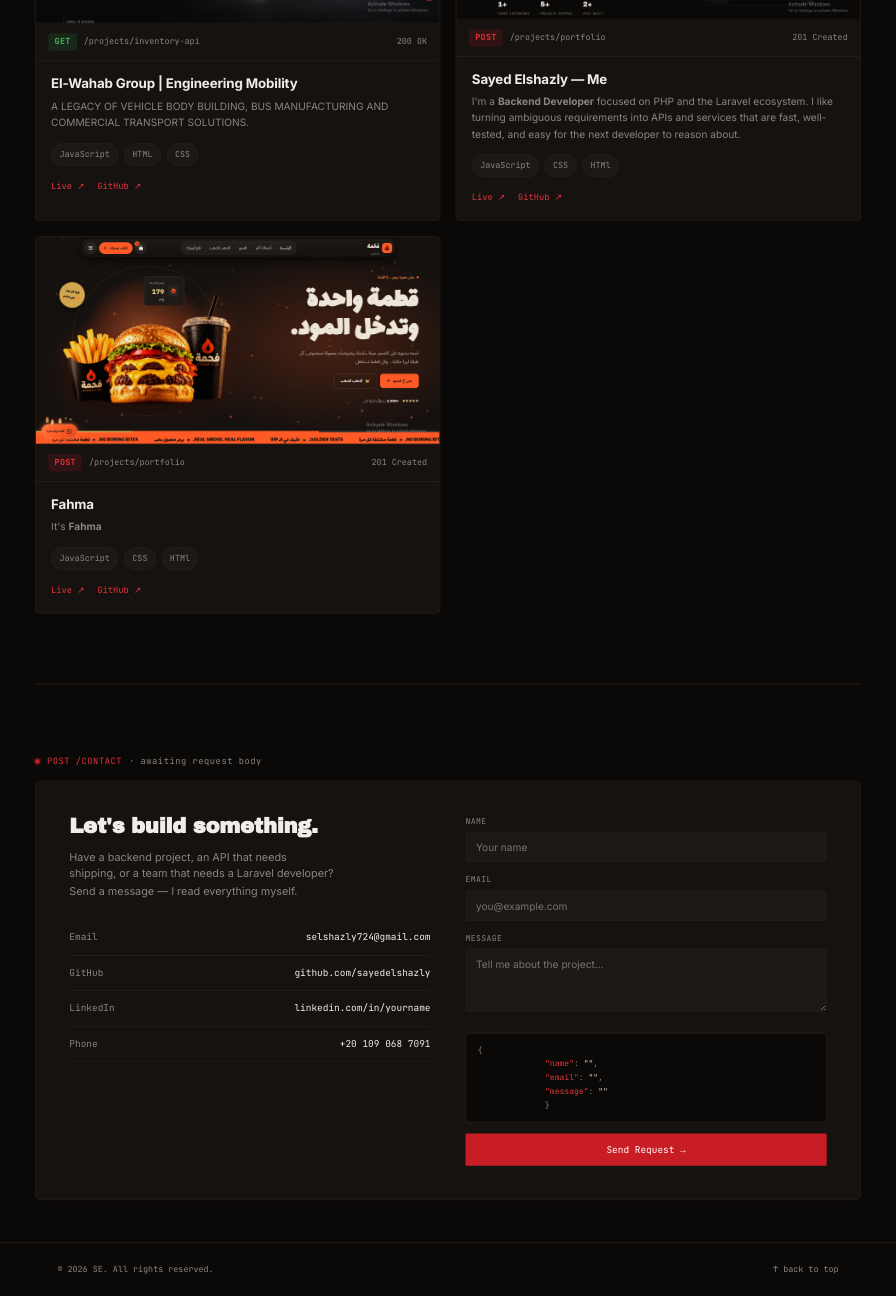
Repository: sayedelshazly/Portfolio.SE
Page: index.html
These files come from the project's save history. The page is drawn as it stood at one moment and after the next save; the edit follows.
The browser window is 1280 px wide. The pictures show the part of the page from y = 3598 to 5518 px (the page is 5449 px tall before and 5518 px after), at 70% of full size.

Above is the page before, as saved 2026-10-28 05:41:32.

After the next save:
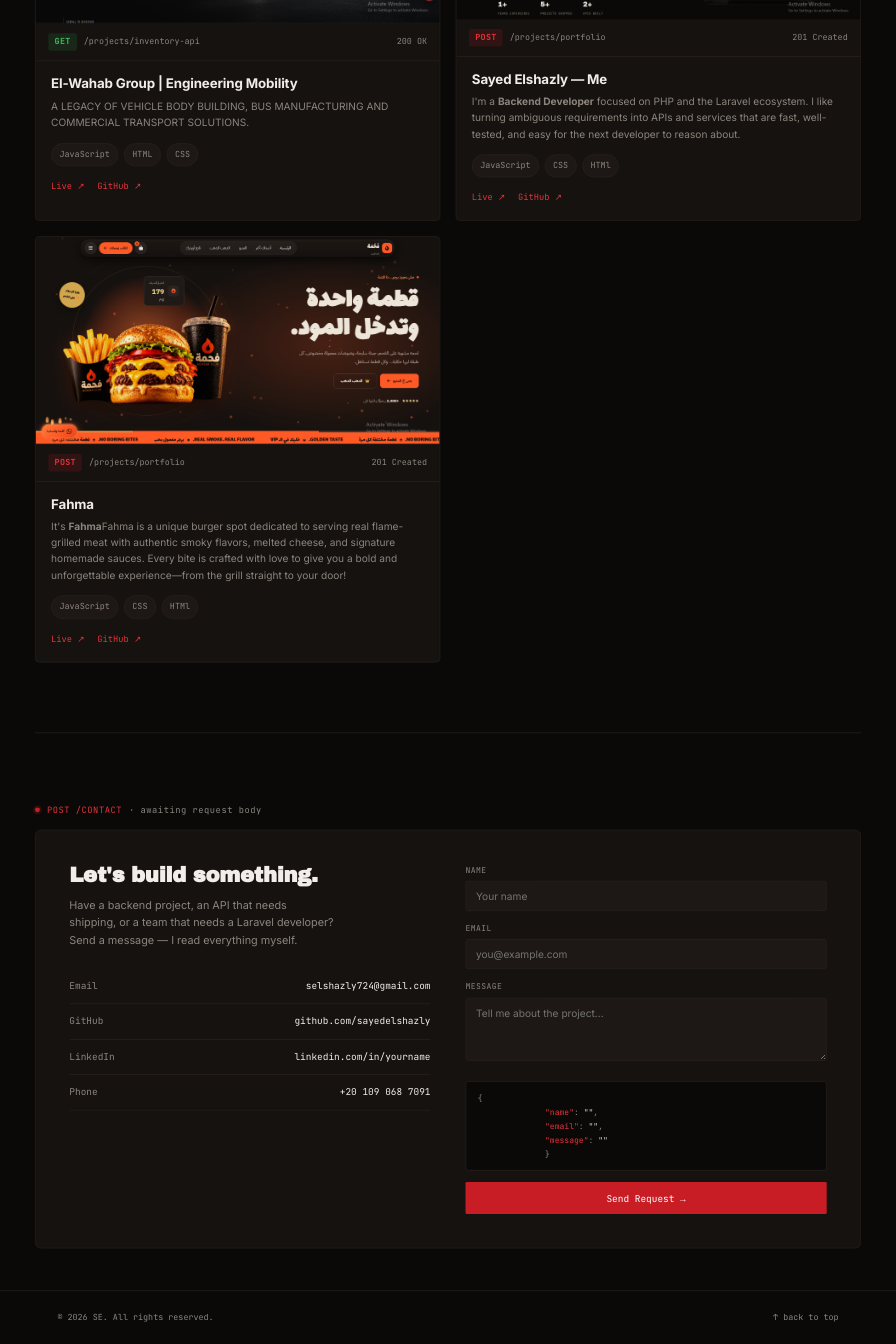
Saved 109 s later.
--- a/index.html
+++ b/index.html
@@ -295,7 +295,7 @@
           </div>
           <div class="pc-body">
             <h3>Fahma</h3>
-            <p>It's <b>Fahma</b></p>
+            <p>It's <b>Fahma</b>Fahma is a unique burger spot dedicated to serving real flame-grilled meat with authentic smoky flavors, melted cheese, and signature homemade sauces. Every bite is crafted with love to give you a bold and unforgettable experience—from the grill straight to your door!</p>
             <div class="tag-row" style="margin-bottom:18px;">
               <span class="tag">JavaScript</span><span class="tag">CSS</span><span class="tag">HTMl</span>
             </div>

After the 2 saves that followed:
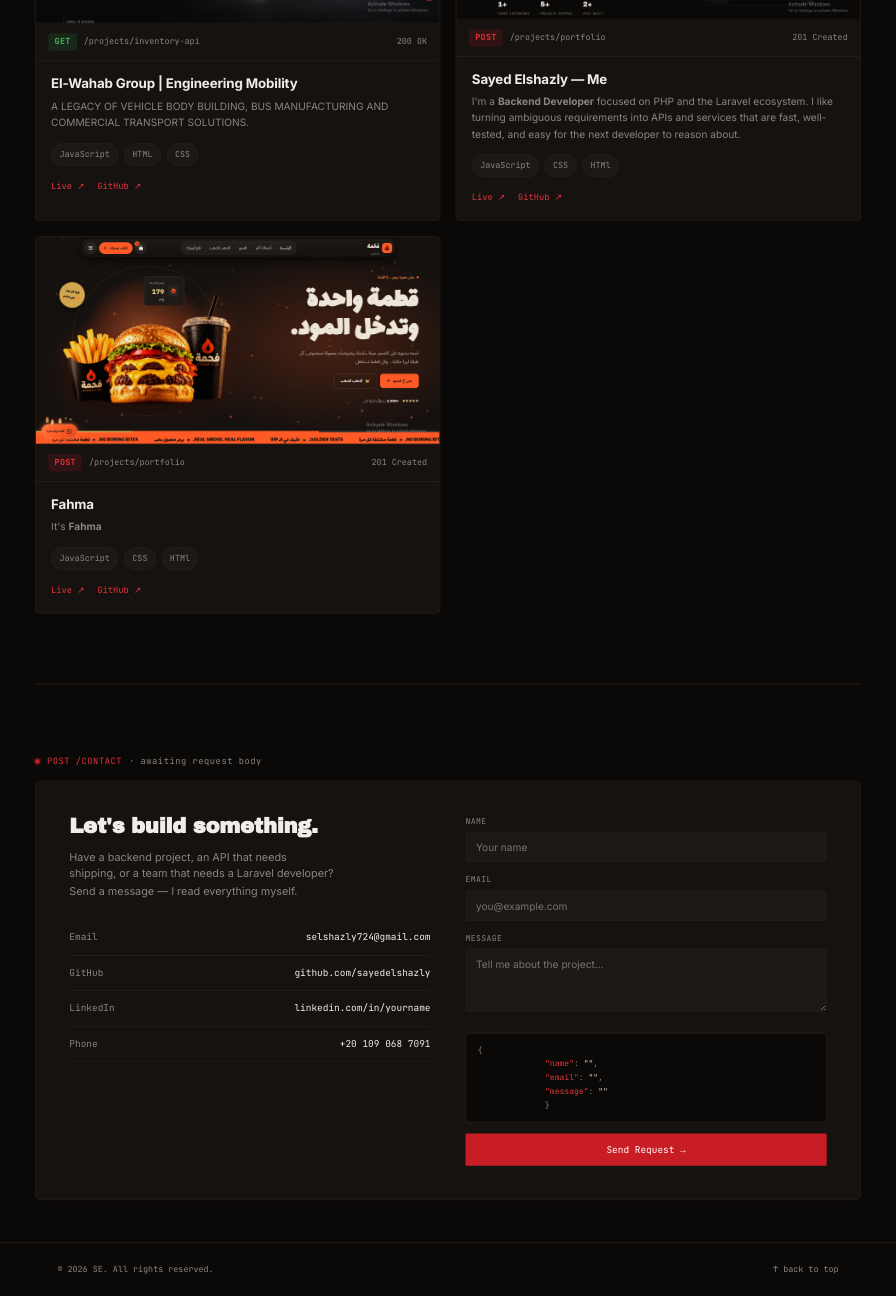
The 2 saves are shown as one change because 1 left the picture as it was.
The last was saved 12 s later.
--- a/index.html
+++ b/index.html
@@ -295,7 +295,9 @@
           </div>
           <div class="pc-body">
             <h3>Fahma</h3>
-            <p>It's <b>Fahma</b>Fahma is a unique burger spot dedicated to serving real flame-grilled meat with authentic smoky flavors, melted cheese, and signature homemade sauces. Every bite is crafted with love to give you a bold and unforgettable experience—from the grill straight to your door!</p>
+            <p>It's <b>Fahma</b is a unique burger spot dedicated to serving real flame-grilled meat with
+              authentic smoky flavors, melted cheese, and signature homemade sauces. Every bite is crafted with love to
+              give you a bold and unforgettable experience—from the grill straight to your door!</p>
             <div class="tag-row" style="margin-bottom:18px;">
               <span class="tag">JavaScript</span><span class="tag">CSS</span><span class="tag">HTMl</span>
             </div>
